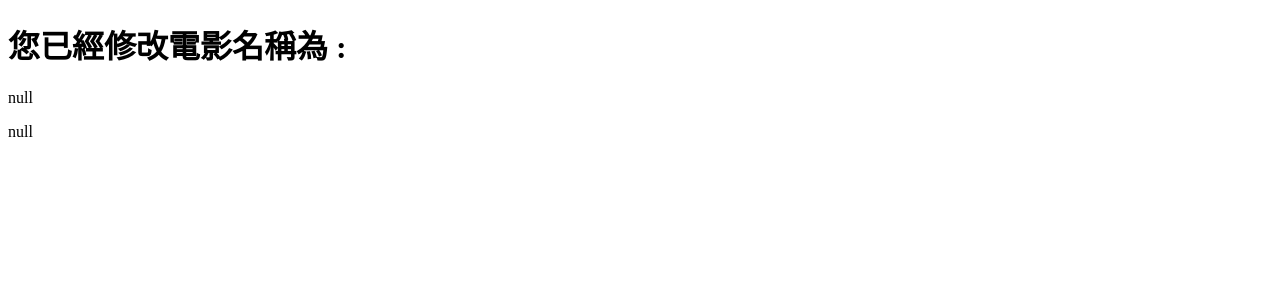
Repository: PEICHI26/Cinema
Page: http://localhost/Cinema/UpdateResult.jsp
An editor plug-in stored every save of this project. The page is shown before and after the next save, followed by the edit.
The browser window is 1280 px wide. The pictures show the whole page.
The page is served by Tomcat 9. Nobody is signed in. The application's start-up code is not run. Other server files are loaded and not shown.

Above is the page before, as saved 2021-12-18 09:11:55.

### Cinema/src/main/webapp/UpdateResult.jsp
<%@ page language="java" contentType="text/html; charset=UTF-8"
    pageEncoding="UTF-8"%>
<!DOCTYPE html>
<html>
<head>
<meta charset="UTF-8">
<title>Update Result</title>
</head>
<body>
<jsp:useBean id="updateName" class="tw.cinema.model.Movie" scope="session" />
<jsp:useBean id="updateType" class="tw.cinema.model.Movie" scope="session" />
<h1>您已經修改電影名稱為 :</h1>
<p><jsp:getProperty name="updateName" property="movie_Name" /></p>
<p><jsp:getProperty name="updateType" property="type" /></p>
</body>
</html>

### Cinema/src/main/java/tw/cinema/model/Movie.java
package tw.cinema.model;

import java.io.Serializable;
import java.util.Date;

import javax.persistence.Column;
import javax.persistence.Entity;
import javax.persistence.GeneratedValue;
import javax.persistence.GenerationType;
import javax.persistence.Id;
import javax.persistence.Table;

@Entity
@Table(name = "movie")
public class Movie implements Serializable {

	@Id
	@GeneratedValue(strategy = GenerationType.IDENTITY)
	@Column(name = "movie_No")
	private int movie_No;

	@Column(name = "movie_Name")
	private String movie_Name;

	@Column(name = "movie_Date")
	private Date movie_Date;

	@Column(name = "movie_Length")
	private int movie_Length;

	@Column(name = "type")
	private String type;

	@Column(name = "grading")
	private String grading;

	@Column(name = "release")
	private String release;

	@Column(name = "director")
	private String director;

	@Column(name = "actor")
	private String actor;

	@Column(name = "intro")
	private String intro;

	public Movie() {
		super();
	}

	public Movie(String movie_Name, Date movie_Date, int movie_Length, String type, String grading, String release,
			String director, String actor, String intro) {
		super();
		this.movie_Name = movie_Name;
		this.movie_Date = movie_Date;
		this.movie_Length = movie_Length;
		this.type = type;
		this.grading = grading;
		this.release = release;
		this.director = director;
		this.actor = actor;
		this.intro = intro;
	}

	public int getMovie_No() {
		return movie_No;
	}

	public void setMovie_No(int movie_No) {
		this.movie_No = movie_No;
	}

	public String getMovie_Name() {
		return movie_Name;
	}

	public void setMovie_Name(String movie_Name) {
		this.movie_Name = movie_Name;
	}

	public Date getMovie_Date() {
		return movie_Date;
	}

	public void setMovie_Date(Date movie_Date) {
		this.movie_Date = movie_Date;
	}

	public int getMovie_Length() {
		return movie_Length;
	}

	public void setMovie_Length(int movie_Length) {
		this.movie_Length = movie_Length;
	}

	public String getType() {
		return type;
	}

	public void setType(String type) {
		this.type = type;
	}

	public String getGrading() {
		return grading;
	}

	public void setGrading(String grading) {
		this.grading = grading;
	}

	public String getRelease() {
		return release;
	}

	public void setRelease(String release) {
		this.release = release;
	}

	public String getDirector() {
		return director;
	}

	public void setDirector(String director) {
		this.director = director;
	}

	public String getActor() {
		return actor;
	}

	public void setActor(String actor) {
		this.actor = actor;
	}

	public String getIntro() {
		return intro;
	}

	public void setIntro(String intro) {
		this.intro = intro;
	}


}

After the next save:
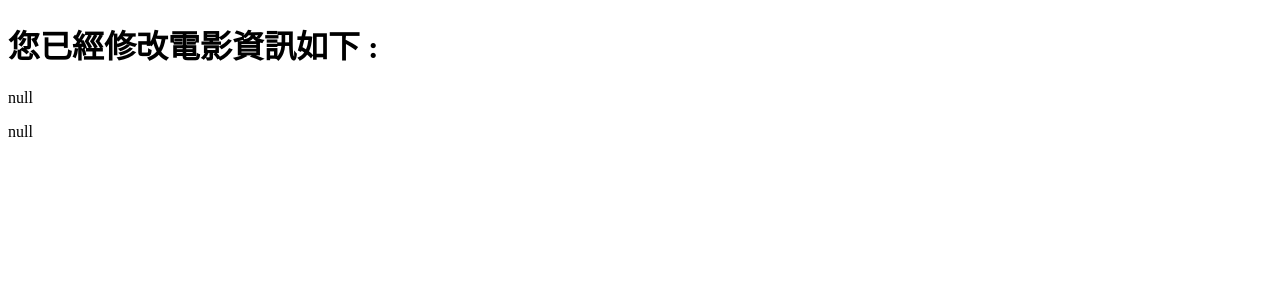
Saved 39 s later.
--- a/Cinema/src/main/webapp/UpdateResult.jsp
+++ b/Cinema/src/main/webapp/UpdateResult.jsp
@@ -9,7 +9,7 @@
 <body>
 <jsp:useBean id="updateName" class="tw.cinema.model.Movie" scope="session" />
 <jsp:useBean id="updateType" class="tw.cinema.model.Movie" scope="session" />
-<h1>您已經修改電影名稱為 :</h1>
+<h1>您已經修改電影資訊如下 :</h1>
 <p><jsp:getProperty name="updateName" property="movie_Name" /></p>
 <p><jsp:getProperty name="updateType" property="type" /></p>
 </body>
